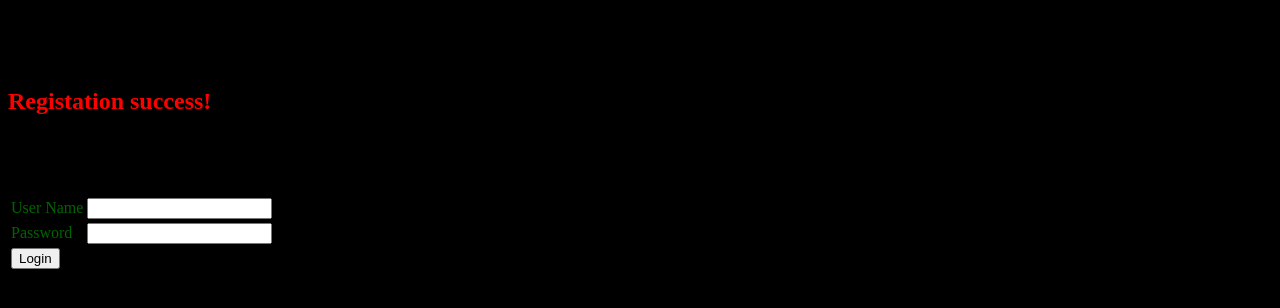
Repository: sultanaNargis03/IndustryReadyJavaSpringBoot
Page: Servlet/workspace/Learningportal/src/main/webapp/registersuccess.html
An editor plug-in stored every save of this project. The page is shown before and after the next save, followed by the edit.
The browser window is 1280 px wide. The pictures show the whole page.

Above is the page before, as saved 2023-12-11 10:21:03.

After the next save:
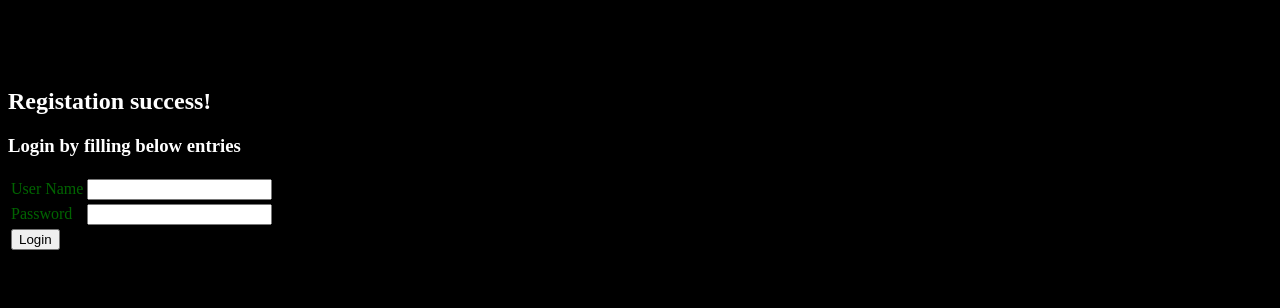
Saved 2 min 52 s later.
--- a/Servlet/workspace/Learningportal/src/main/webapp/registersuccess.html
+++ b/Servlet/workspace/Learningportal/src/main/webapp/registersuccess.html
@@ -6,8 +6,8 @@
 <h1 style="color:red"><marquee>Learning App</marquee></h1>
 </head>
 <body bgcolor="black">
-<h2 style="color: red">Registation success!</h2>
-<h1>Login by filling below entries</h1>
+<h2 style="color:white">Registation success!</h2>
+<h3 style="color:white">Login by filling below entries</h3>
 
 <form action="./login">
 	<table style="color:darkgreen">
